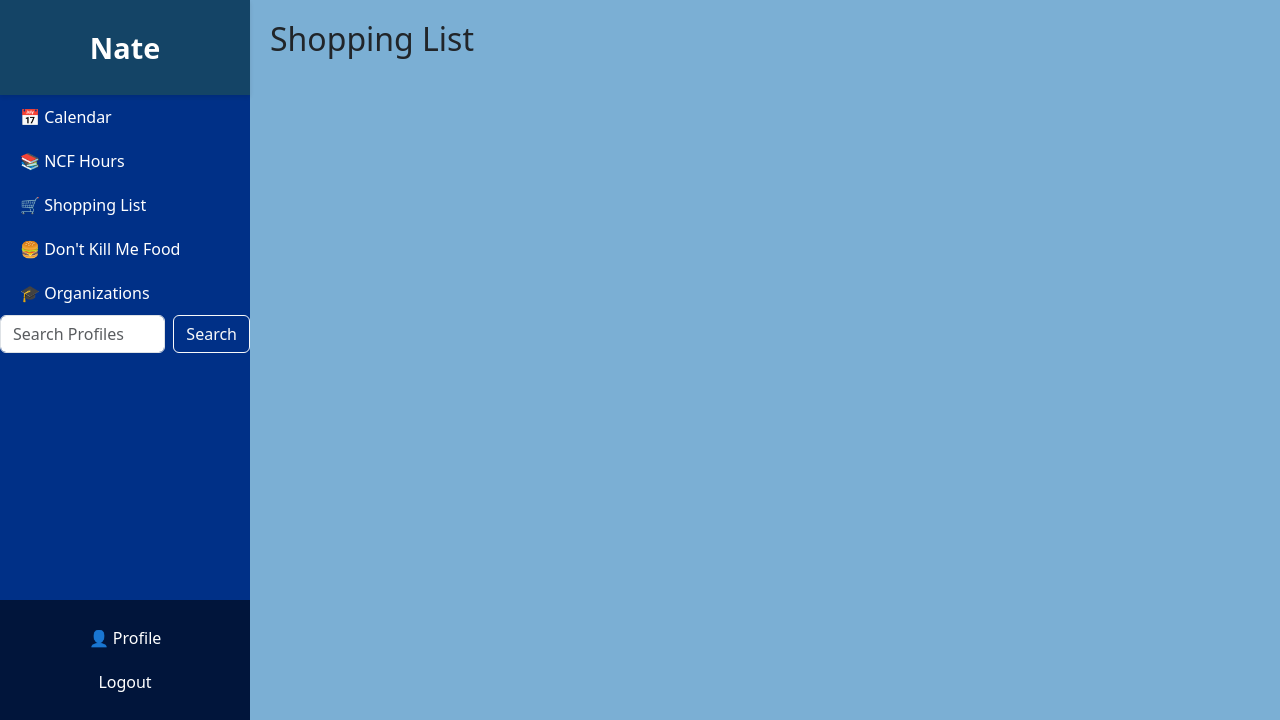
Repository: NateClarkTech/SoftwareEngineeringProject2
Page: http://localhost/shoppinglist/
These files come from the project's save history. The page is drawn as it stood at one moment and after the next save; the edit follows.
The browser window is 1280 px wide. The pictures show the whole page.
The page is served by the project's application, run on Django 5.2 (manage.py). The first stored user is signed in. Other server files are loaded and not shown. The page reads the database file committed with the project.

Above is the page before, as saved 2024-03-10 18:45:20.

### ShoppingList/templates/shoppinglist.html
{% extends 'base.html' %}

{% block title %}Shopping List{% endblock %}

{% block extendHeader %}
<style>
    .item-box {
        border: 1px solid #ccc;
        padding: 10px;
        margin-bottom: 10px;
    }
</style>
{% endblock %}

{% block content %}
<div>
    {% if user.is_authenticated %}
    <h2>Shopping List</h2>
    {% for category in categories %}
        <h3>{{ category }}</h3>
        {% for item in shoppingItems %}
            {% if item.category == category %}
                <div class="item-box">
                    <input type="checkbox" id="item-{{ item.id }}" {% if item.checked %}checked{% endif %}>
                    <label for="item-{{ item.id }}">{{ item.name }}</label>
                    <a href="{{ item.url }}" target="_blank">External Link</a>
                </div>
            {% endif %}
        {% endfor %}
    {% endfor %}
    {% else %}
    <p>You are not logged in</p>
    {% endif %}
</div>
{% endblock %}

### NovoTaskNinja/templates/base.html
{% load static %}

<html lang="en" dir="ltr">
<head>
    <meta charset="UTF-8">
    <!-- block title is to allow each page to have it's own title -->
    <title>{% block title %}{% endblock %}</title>
    <meta name="viewport" content="width=device-width, initial-scale=1.0">
    <link href="https://cdn.jsdelivr.net/npm/bootstrap@5.3.2/dist/css/bootstrap.min.css" rel="stylesheet" integrity="sha384-T3c6CoIi6uLrA9TneNEoa7RxnatzjcDSCmG1MXxSR1GAsXEV/Dwwykc2MPK8M2HN" crossorigin="anonymous">
    <link rel="stylesheet" href="{% static 'css/base/base.css' %}">
    <script src="https://cdn.jsdelivr.net/npm/bootstrap@5.3.2/dist/js/bootstrap.bundle.min.js" integrity="sha384-C6RzsynM9kWDrMNeT87bh95OGNyZPhcTNXj1NW7RuBCsyN/o0jlpcV8Qyq46cDfL" crossorigin="anonymous"></script>

    <!-- block extendHeader is so pages that extend from base.html can have custom links and scripts included in the header -->
    {% block extendHeader %}{% endblock %}
    <style>
        @media (max-width: 992px) {
            .navbar-brand img {
                transform: scale(1.5); /* just make the images bigger */
            }

            .navbar-brand img:hover {
                transform: scale(2); /* Larger on hover */
            }
        }
        :root {
            --navbar-bg-color: #343a40; /* Dark gray, you can change it to your school's primary color */
            --navbar-text-color: #ffffff; /* White text color */
            --navbar-hover-bg-color: #495057; /* Slightly lighter gray for hover state */
            --account-section-bg-color: #23272b; /* Even darker shade for account section */
            --link-color: #007bff; /* Default link color, change as needed */
        }


        </style>
</head>
<body>
    <div class="body-cont">
        {% include 'navbar.html' %}

        <!-- Insert Child template contents here -->
        <div id="content" name="content" class="main">
            {% block content %}
            {% endblock %}
        </div>

    </div>
</body>
</html>

### NovoTaskNinja/templates/navbar.html
{% load static %}

<!DOCTYPE html>
<html lang="en" dir="ltr">
<head>
    <style>
        :root {
            --navbar-bg-color: #003087;
            --navbar-text-color: #ffffff;
            --navbar-section-bg-color: #144466;  /* Lighter blue for section background */
            --navbar-hover-bg-color: #7C2855;  /* Hover color */
            --account-section-bg-color: #01153b;  /* Darker color for account section */
            --link-color: #007bff;  /* Blue link color */
        }

        body, html {
            height: 100%;
            margin: 0;
        }

        .body-cont {
            display: flex;
            min-height: 100vh;
        }

        .navbar {
            display: flex;
            flex-direction: column;
            text-align: left;
            height: 100vh;
            width: 250px;
            background-color: var(--navbar-bg-color);
            color: var(--navbar-text-color);
            padding: 0; /* Removed padding to allow nav-section to extend fully */
        }

        .nav-section {
            background-color: var(--navbar-section-bg-color);
            padding: 1rem 0;  /* Padding only at top and bottom */
            width: 100%;
            box-shadow: 0 2px 4px rgba(0,0,0,0.1); /* Optional: Adds a shadow for depth */
            display: flex;
            flex-direction: column;
            align-items: left;
            width: 100%; /* Ensures it extends across the entire navbar */
            text-align: center;

        }

        .nav-item {
            display: flex;
            align-items: center; /* Vertically center the children */
            width: 100%; /* Ensure it spans the full width of its parent */
            padding: 0 10px; /* Add some padding inside the navbar item */
            margin: 0; /* Reset any margins */
            box-sizing: border-box; /* Include padding in the width calculation */
        }

        .nav-link, .navbar-brand {
            color: var(--navbar-text-color);
            padding: 10px;
            text-decoration: none;
            display: block;
            text-align:center;
            background-color: transparent;  /* Removed section bg-color from individual links */
        }

        .nav-item:hover {
            background-color: var(--navbar-hover-bg-color);
        }

        .account-section {
            background-color: var(--account-section-bg-color);
            padding: 1rem;
            margin-top: auto; /* Pushes account section to bottom */
            width: 100%; /* Ensures it extends across the entire navbar */
        }

        .main {
            flex-grow: 1;
            padding: 20px;
        }
        .logo {
            width: 80%;
            align-items: left;
            margin: auto;
            display: flex;

        }
        /* Center the search box vertically */



        /* Selection for the mobile navbar */
        @media (max-width: 992px) {
            .navbar {
                height: auto;
                width: 100%;
                flex-direction: row;
                justify-content: space-evenly;
                display: none; /* Hide sidebar navbar on mobile */
            }

            .bottom-navbar {
                display: flex; /* Show bottom navbar on mobile */
                position: fixed;
                bottom: 0;
                left: 0;
                width: 100%;
                background-color: var(--navbar-bg-color);
                justify-content: space-around;
                padding: 10px 0;
                z-index: 1000;
            }

            .bottom-navbar a {
                color: var(--navbar-text-color);
                text-decoration: none;
                display: flex;
                flex-direction: column;
                align-items: center;
            }

            .bottom-navbar img {
                width: 24px;
                height: 24px;
            }
        }


    </style>
</head>
        <div class="navbar">
            <!-- Display the logged in users name and link to their profile page -->
            {% if user.is_authenticated %}
                <div class="nav-section">
                    <a href="{% url 'Profile:profile' %}" class="nav-link"> {{ user.username }}</a>
                </div>
            {% endif %}
            <!-- Desktop Sidebar Links -->
            <div class="nav-item">
                <a href="{% url 'calendar' %}" class="nav-link"><span class="emoji">📅</span> <span class="text">Calendar</span></a>
            </div>
            <div class="nav-item">
                <a href="{% url 'ncfhours' %}" class="nav-link"><span class="emoji">📚</span> <span class="text">NCF Hours</span></a>
            </div>
            <div class="nav-item">
                <a href="{% url 'shoppinglist' %}" class="nav-link"><span class="emoji">🛒</span> <span class="text">Shopping List</span></a>
            </div>
            <div class="nav-item">
                <a href="{% url 'dontkillmefood' %}" class="nav-link"><span class="emoji">🍔</span> <span class="text">Don't Kill Me Food</span></a>
            </div>
            <div class="nav-item">
                <a href="https://novoconnect.ncf.edu/organizations" class="nav-link"><span class="emoji">🎓</span> <span class="text">Organizations</span></a>
            </div>
            <form method="get" action="{% url 'Profile:search_profiles' %}" class="d-flex">
                <input class="form-control me-2" type="search" name="query" placeholder="Search Profiles" aria-label="Search">
                <button class="btn btn-outline-light" type="submit">Search</button>
            </form>
            <!-- More desktop sidebar links as nav-items -->

            <!-- Account Links for Desktop -->
            <div class="account-section">
                {% if user.is_authenticated %}
                    <a href="{% url 'Profile:profile' %}" class="nav-link"><span class="emoji">👤</span> <span class="text">Profile</span></a>
                    <a href="{% url 'Profile:logout' %}" class="nav-link">Logout</a>
                {% else %}
                    <a href="{% url 'Profile:login' %}" class="nav-link">Login</a>
                    <a href="{% url 'Profile:register' %}" class="nav-link">Register</a>
                {% endif %}
            </div>
        </div>

        <!-- Bottom Navbar for Mobile written by gpt-->
        <div class="fixed-bottom bg-primary d-lg-none">
            <nav class="navbar navbar-dark navbar-expand d-flex justify-content-around">
                <!-- If the user is authenticated, the home icon takes them to profile, otherwise it redirects to login-->
                <a href="{% if user.is_authenticated %}{% url 'Profile:profile' %}{% else %}{% url 'calendar' %}{% endif %}" class="navbar-brand">
                    <img src="{% static 'media/HomeIcon.png' %}" alt="Home" style="width: 24px; height: 24px;">

                <a href="{% url 'calendar' %}" class="navbar-brand">
                    <img src="{% static 'media/ChatIcon.png' %}" alt="Chat" style="width: 24px; height: 24px;">
                </a>
                <a href="{% url 'calendar' %}" class="navbar-brand">
                    <img src="{% static 'media/CalendarIcon.png' %}" alt="Calendar" style="width: 24px; height: 24px;">
                </a>
                <!-- Toggle for larger menu -->
                <a href="#" class="navbar-brand" data-bs-toggle="modal" data-bs-target="#mobileNavModal">
                    <img src="{% static 'media/MenuIcon.png' %}" alt="Menu" style="width: 24px; height: 24px;">
                </a>
            </nav>
        </div>
        <!-- Mobile Navigation Modal -->
        <div class="modal fade" id="mobileNavModal" tabindex="-1" aria-labelledby="mobileNavModalLabel" aria-hidden="true">
            <div class="modal-dialog">
                <div class="modal-content">
                    <div class="modal-header">
                        <h5 class="modal-title" id="mobileNavModalLabel">Navigation</h5>
                        <button type="button" class="btn-close" data-bs-dismiss="modal" aria-label="Close"></button>
                    </div>
                    <div class="modal-body">
                        <!-- Repeat the navigation links here for mobile -->
                        <a href="{% url 'calendar' %}" class="d-block">🗓️ Calendar</a>
                        <a href="{% url 'ncfhours' %}" class="d-block">📚 NCF Hours</a>
                        <a href="{% url 'dontkillmefood' %}" class="d-block">🍔 Don't Kill Me Food</a>
                        <form method="get" action="{% url 'Profile:search_profiles' %}" class="d-flex">
                            <input class="form-control me-2" type="search" name="query" placeholder="Search Profiles" aria-label="Search">
                            <button class="btn btn-outline-success" type="submit">Search</button>
                        </form>
                        <!-- Authentication Links for Mobile -->
                        {% if user.is_authenticated %}
                            <a href="{% url 'Profile:profile' %}" class="d-block">👤 Profile</a>
                            <a href="{% url 'Profile:logout' %}" class="d-block">🚪 Logout</a>
                        {% else %}
                            <a href="{% url 'Profile:login' %}" class="d-block">🔑 Login</a>
                            <a href="{% url 'Profile:register' %}" class="d-block">📝 Register</a>
                        {% endif %}
                    </div>
                </div>
            </div>
        </div>
        <!-- Scripts written by chat gpt -->
        <script>
            function toggleSearch(event, element) {
                // Prevent the event from bubbling up from the form
                event.stopPropagation();

                const searchLink = element.querySelector('#searchLink');
                const searchForm = element.querySelector('#searchForm');

                if (searchForm.style.display === "none") {
                    // Show search form and hide the search link
                    searchForm.style.display = "flex"; // Use flex to center align the content
                    // Center the form contents vertically and horizontally
                    searchForm.style.alignItems = "center";
                    searchLink.style.display = "none";
                } // Removed the else part to prevent hiding the form when clicking inside it
            }

            // Close the search form if clicked anywhere else on the document
            document.addEventListener('click', function (e) {
                const searchForm = document.querySelector('#searchForm');
                if (searchForm.style.display === "flex" && !searchForm.contains(e.target)) {
                    searchForm.style.display = "none";
                    document.querySelector('#searchLink').style.display = "block";
                }
            });
        </script>

### ShoppingList/views.py
from django.shortcuts import render
from .models import ShoppingListItem, ShoppingListCategory

# Create your views here.
def shoppinglist(request):
    shoppingItems = ShoppingListItem.objects.filter(user=request.user)
    itemCategories = ShoppingListCategory.objects.all

    return render(request, 'shoppinglist.html', {'shoppingItems': shoppingItems, 'itemCategories': itemCategories})

### SEProject2/urls.py
"""
URL configuration for SEProject1 project.

The `urlpatterns` list routes URLs to views. For more information please see:
    https://docs.djangoproject.com/en/5.0/topics/http/urls/
Examples:
Function views
    1. Add an import:  from my_app import views
    2. Add a URL to urlpatterns:  path('', views.home, name='home')
Class-based views
    1. Add an import:  from other_app.views import Home
    2. Add a URL to urlpatterns:  path('', Home.as_view(), name='home')
Including another URLconf
    1. Import the include() function: from django.urls import include, path
    2. Add a URL to urlpatterns:  path('blog/', include('blog.urls'))
"""
from django.contrib import admin
from django.conf import settings
from django.urls import path, include
from django.conf.urls.static import static


urlpatterns = [
    path('admin/', admin.site.urls),
    path('leaderboard/', include('Leaderboard.urls')),
    path('admin/', admin.site.urls),
    path('profile/', include('Profile.urls'), name='profile'),
    path('shoppinglist/', include('ShoppingList.urls')),
    path('', include('NovoTaskNinja.urls')),
] + static(settings.MEDIA_URL, document_root=settings.MEDIA_ROOT)

### Leaderboard/urls.py
from django.urls import path
from . import views
#https://www.reddit.com/r/django/comments/13hknj7/my_project_doesnt_recognize_the_urls_from_one_of/
urlpatterns = [
    path('', views.checklist, name='checklist'),
    path('checklist/', views.checklist, name='checklist'),
    path('update_checklist/', views.update_checklist, name='update_checklist'),
    path('reset-tasks', views.reset_tasks),
    path('leaderboard/', views.leaderboard_view, name='leaderboard'),

]

### Profile/urls.py

from django.urls import path
from . import views
from django.conf import settings
from django.conf.urls.static import static
from django.contrib.auth import views as auth_views
# Got a lot of help from herehttps://www.reddit.com/r/django/comments/hfh1qc/namespace_is_not_a_registered_namespace/
# https://forum.djangoproject.com/t/django-urls-exceptions-noreversematch-is-not-a-registered-namespace/1876/2
#https://forum.djangoproject.com/t/redirect-to-a-different-app/9086
# And GPT helped me fix everything

app_name = 'Profile'

urlpatterns = [

    path('profile/', views.profile, name='profile'),  # For the logged-in user's profile
    path('profile/<str:username>/', views.public_profile, name='public_profile'),  # For viewing other users' profiles
    path('search/', views.search_profiles, name='search_profiles'),

        # Login/logout stuff
    path('login/', auth_views.LoginView.as_view(template_name='registration/login.html'), name='login'),
    path('logout/', views.logout_view, name='logout'),
    path('register/', views.register, name='register'),


] + static(settings.MEDIA_URL, document_root=settings.MEDIA_ROOT)

### ShoppingList/urls.py
from django.urls import path
from . import views
from django.conf import settings
from django.conf.urls.static import static
from django.contrib.auth import views as auth_views

urlpatterns = [
    path('', views.shoppinglist, name='shoppinglist')

]

### NovoTaskNinja/urls.py
from django.urls import path
from . import views
from django.conf import settings
from django.conf.urls.static import static
from django.contrib.auth import views as auth_views

urlpatterns = [

    # Backend-Heavy Pages
    path('dontkillmefood/', views.dontkillmefood, name='dontkillmefood'),

    # Frontend-Heavy Pages
    path('calendar', views.calendar, name='calendar'),
    path('ncfhours/', views.ncfhours, name='ncfhours'),
    path('', views.home, name='home'),


] + static(settings.MEDIA_URL, document_root=settings.MEDIA_ROOT)

### static/css/base/base.css
body {
    background-color: #7BAFD4;
    margin: 5px 10px;
}

.body-cont {
    width: 100%;
    display: flex;
    min-height: calc(100vh - 10px);
}

.nav-section {
    background: rgb(174, 174, 243);
    padding: 20px 5px;
    display: flex;
    flex-direction: column;
    gap: 10px;
    max-width: 300px;
}

@media (min-height: 650px) and (min-width: 800px) {
    .nav-section {
        font-size: 1.8rem;
        font-weight: bold;
        padding: 40px 15px;
    }
}

.time {
    font-size: 2.4rem;
    text-align: center;
    font-weight: bold;
}

.create {
    font-size: 1.2rem;
    text-align: center;
    border-radius: 30px;
    padding: 5px 0px;
}

@media (min-height: 650px) and (min-width: 800px) {
    .create {
        font-size: 1.8rem;
        font-weight: bold;
        padding: 10px 0px;
    }
}

.nav-links {
    flex: 1;
    margin-bottom: -20px;
    border-radius: 20px;
    margin-top: 10px;
    padding: 40px 10px;
    display: flex;
    flex-direction: column;
    gap: 10px;
    font-size: 1.1rem;
}

.nav-links a {
    color: white;
    text-decoration: none;
}

@media (min-height: 650px) and (min-width: 800px) {
    .nav-links {
        font-size: 1.3rem;
        color: white;
    }
    .nav-divider {
        font-size: 1.5rem;
    }
    .nav-links a {
        color: white;
        text-decoration: none;
    }
}

.nav-divider {
    background: #655ddf;
    margin: 0px -10px;
    padding: 3px 10px;
    font-weight: bolder;
    font-size: 1.2rem;
}


.modal-header {
    background-color: #007bff; /* Your primary color */
    color: #ffffff; /* Text color */
}
.modal-title {
    font-weight: bold;
}
.modal-content {
    border-radius: 0.5rem; /* Rounded corners for the modal */
}
.modal-body {
    background-color: #f8f9fa; /* Light background for the modal body */
}
.btn-close {
    /* Custom close button styles if needed */
}
.modal-footer {
    border-top: none; /* Remove default border-top */
}
.btn-outline-success {
    border-color: #007bff; /* Match your theme */
    color: #007bff; /* Match your theme */
}
.btn-outline-success:hover {
    background-color: #007bff; /* Match your theme */
    color: #ffffff; /* Match your theme */
}
/* Ensure links in the modal body match your app's link styles */
.modal-body a {
    color: #007bff; /* Primary color for links */
}
.modal-body a:hover {
    text-decoration: underline; /* Underline on hover for links */
}

### db.sqlite3 (the tables this page reads, as SQL)
CREATE TABLE "auth_user" ("id" integer NOT NULL PRIMARY KEY AUTOINCREMENT, "password" varchar(128) NOT NULL, "last_login" datetime NULL, "is_superuser" bool NOT NULL, "username" varchar(150) NOT NULL UNIQUE, "last_name" varchar(150) NOT NULL, "email" varchar(254) NOT NULL, "is_staff" bool NOT NULL, "is_active" bool NOT NULL, "date_joined" datetime NOT NULL, "first_name" varchar(150) NOT NULL);
INSERT INTO "auth_user" VALUES
(1, 'pbkdf2_sha256$720000$voXDfFPGW35Vj4HBNrXH6O$81VbTivkDmHTHyrO0enerEqBO5Y1jna5vWEizOy2neM=', NULL, 0, 'Nate', '', '', 0, 1, '2024-03-10 17:59:04.381654', ''),
(2, 'pbkdf2_sha256$720000$6xx2oJHi4sTw9UGfKxI1Vr$hTFa86Txj4tm4MMlh+gyYzNVMNkcrilSLcoieOe8rZ0=', '2024-03-10 21:43:33.074535', 1, 'admin', '', '', 1, 1, '2024-03-10 17:59:37.223655', ''),
(3, 'pbkdf2_sha256$720000$CYfsySN9KJ3kKCFa7FcOyu$1SpWWJdIaEb00rFZobW7XtaDRaXiSxJRIjAVbF6ooGU=', '2024-03-10 22:47:02.173734', 0, 'NotNate', '', '', 0, 1, '2024-03-10 21:43:19.463536', '');

### ShoppingList/models.py
from django.db import models
from django.contrib.auth.models import User

class ShoppingListCategory(models.Model):
    name = models.CharField(max_length=200)

    def __str__(self):
        return self.name

class ShoppingListItem(models.Model):
    user = models.ForeignKey(User, on_delete=models.CASCADE)
    name = models.CharField(max_length=200)
    category = models.ForeignKey(ShoppingListCategory, on_delete=models.CASCADE)
    url = models.URLField(max_length=200)
    checked = models.BooleanField(default=False)

    def __str__(self):
        return self.user.username + " - " + self.name

After the next save:
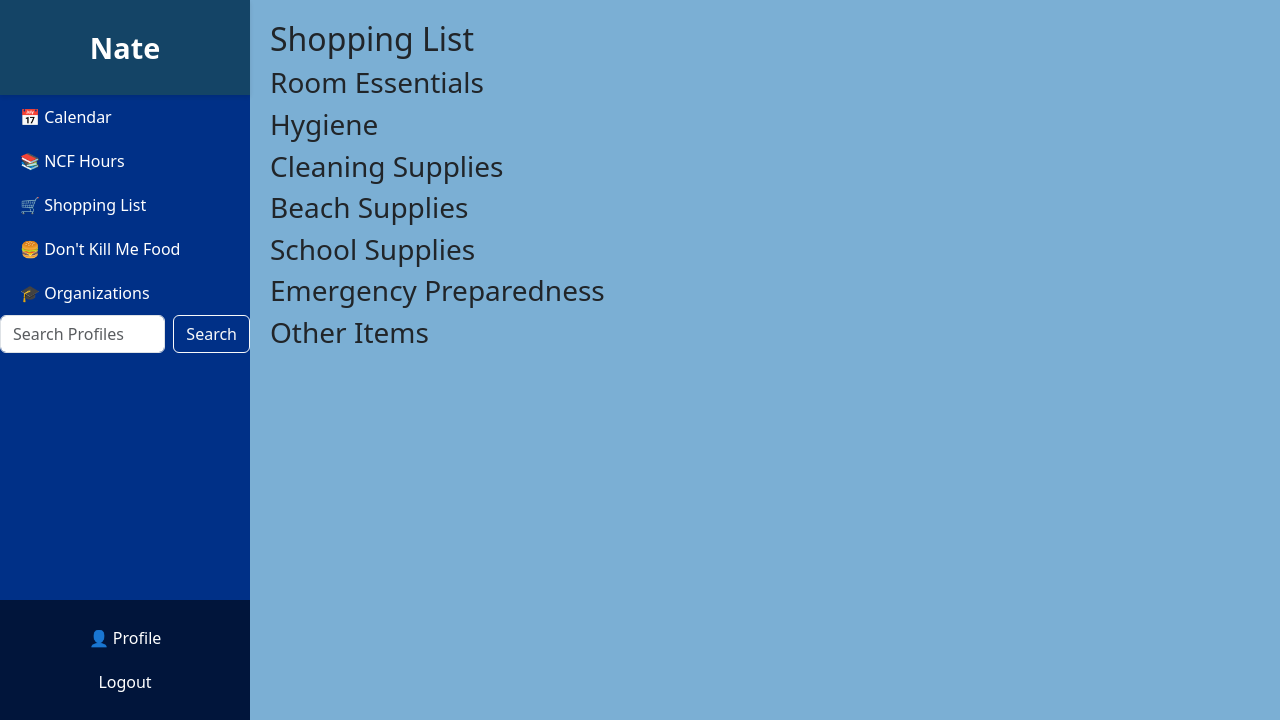
Saved 82 s later.
--- a/ShoppingList/templates/shoppinglist.html
+++ b/ShoppingList/templates/shoppinglist.html
@@ -16,7 +16,7 @@
 <div>
     {% if user.is_authenticated %}
     <h2>Shopping List</h2>
-    {% for category in categories %}
+    {% for category in itemCategories %}
         <h3>{{ category }}</h3>
         {% for item in shoppingItems %}
             {% if item.category == category %}
